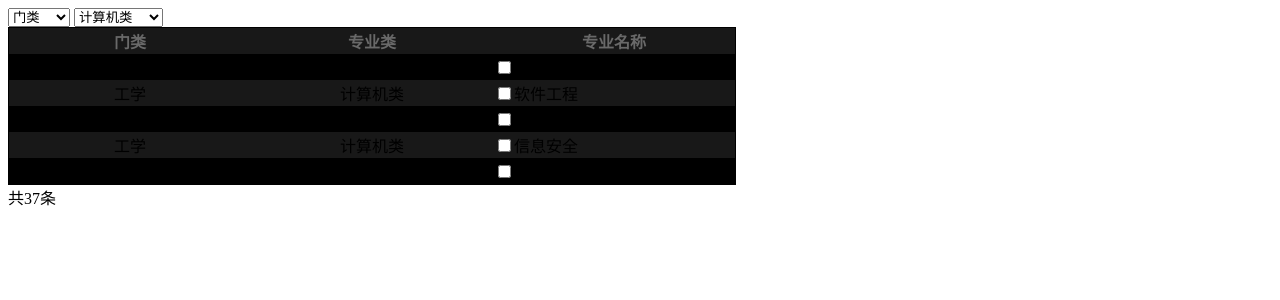
Repository: akaCSDN/test
Page: 1.html
The author's editor kept a copy of each file at every save. The page is drawn from the files as they stood at one save, then again after a run of saves.
The browser window is 1280 px wide. The pictures show the whole page.

Above is the page before, as saved 2022-12-07 22:55:25.
Console error: TypeError: Cannot set properties of null (setting 'onchange')

### 1.html
<!DOCTYPE html>
<html lang="en">
<head>
    <meta charset="UTF-8">
    <meta http-equiv="X-UA-Compatible" content="IE=edge">
    <meta name="viewport" content="width=device-width, initial-scale=1.0">
    <title>Document</title>

    <style type="text/css">
        table{
            border: 1px solid black;
            background-color: black;
        }
        table th,td{
            /* border: 1px solid black; */
            width: 240px;
            height: 23px;
            text-align: center;
        }
        table tr:nth-child(odd){
            background-color: rgba(167, 167, 167, 0.147);
        }
        table tr td:nth-child(3){
            text-align: left;
            /* padding-left: 20px; */
        }


    </style>
</head>
<body>
    <script type="text/javascript" src="JS/1table.js"></script>
    <select id="pid" >
        <option>门类</option>
        <option>工学</option>
        <option>理学</option>
        <option>文学</option>
        <option>教育学</option>
        <option>法学</option>
    </select>
    <select>
        <option>计算机类</option>
        <option>工商管理类</option>
        <option>电子商务类</option>
        <option>电子信息类</option>
        <option>材料类</option>
    </select>
    <table cellspacing="0" id="table_All">
        <tr style="color: rgb(105, 105, 105);">
            <th>门类</th>
            <th>专业类</th>
            <th>专业名称</th>
        </tr>
        <tr>
            <td>工学</td>
            <td>计算机类</td>

            <td><input type="checkbox" name="" id="">计算机科学与技术</td>
        </tr>
        <tr>
            <td>工学</td>
            <td>计算机类</td>
            <td><input type="checkbox" name="" id="">软件工程</td>
        </tr>
        <tr>
            <td>工学</td>
            <td>计算机类</td>
            <td><input type="checkbox" name="" id="">网络工程</td>
        </tr>
        <tr>
            <td>工学</td>
            <td>计算机类</td>
            <td><input type="checkbox" name="" id="">信息安全</td>
        </tr>
        <tr>
            <td>工学</td>
            <td>计算机类</td>
            <td><input type="checkbox" name="" id="">物联网工程</td>
        </tr>
    </table>
    <div class="shuliang">
        <a>共<span>37</span>条</a>

    </div>
    <!-- <script src="./JS/1table.js"></script> -->
    <script>
        var pid=document.getElementById("pid");//拿到select对象
    pid.onchange=function(){
        var number=pid.options[pid.selectedIndex].text;//pid.selectedIndex ①拿到选中项的索引,标签没有value的情况下，直接打印text文本内容
        change(number);
        // alert(number)
    }
    function change(number){

}
function data(){
    var map=new Map();
map.set(
    ("工学",{"计算机类":[1,2,3],"工商管理类":[4,5,6],"电子信息类":[7,8,9]}),

    ("理学",{"数学类":[11,12,13],"心理学类":[21,22,23]})
)
}
    </script>
</body>

</html>

### JS/1table.js


var pid=document.getElementById("pid");//拿到select对象
    pid.onchange=function(){
        var number=pid.options[pid.selectedIndex].text;//pid.selectedIndex ①拿到选中项的索引,标签没有value的情况下，直接打印text文本内容
        // change(number);
        alert(number)
    }
//     function change(number){
//         alert(number)
// }
function data(){
    var map=new Map();
map.set(
    ("工学",{"计算机类":[1,2,3],"工商管理类":[4,5,6],"电子信息类":[7,8,9]}),

    ("理学",{"数学类":[11,12,13],"心理学类":[21,22,23]})
)
}

After the next 2 saves:
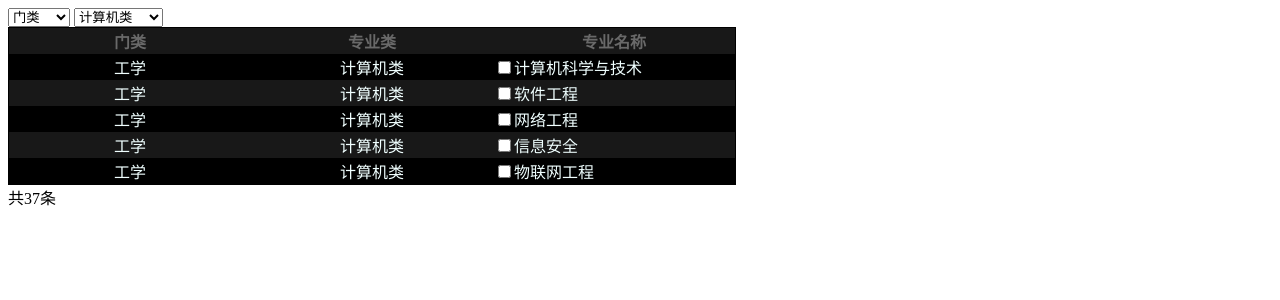
The 2 saves are shown as one change because they came seconds apart.
The last was saved 14 s later.
--- a/1.html
+++ b/1.html
@@ -10,6 +10,7 @@
         table{
             border: 1px solid black;
             background-color: black;
+            color: azure;
         }
         table th,td{
             /* border: 1px solid black; */
